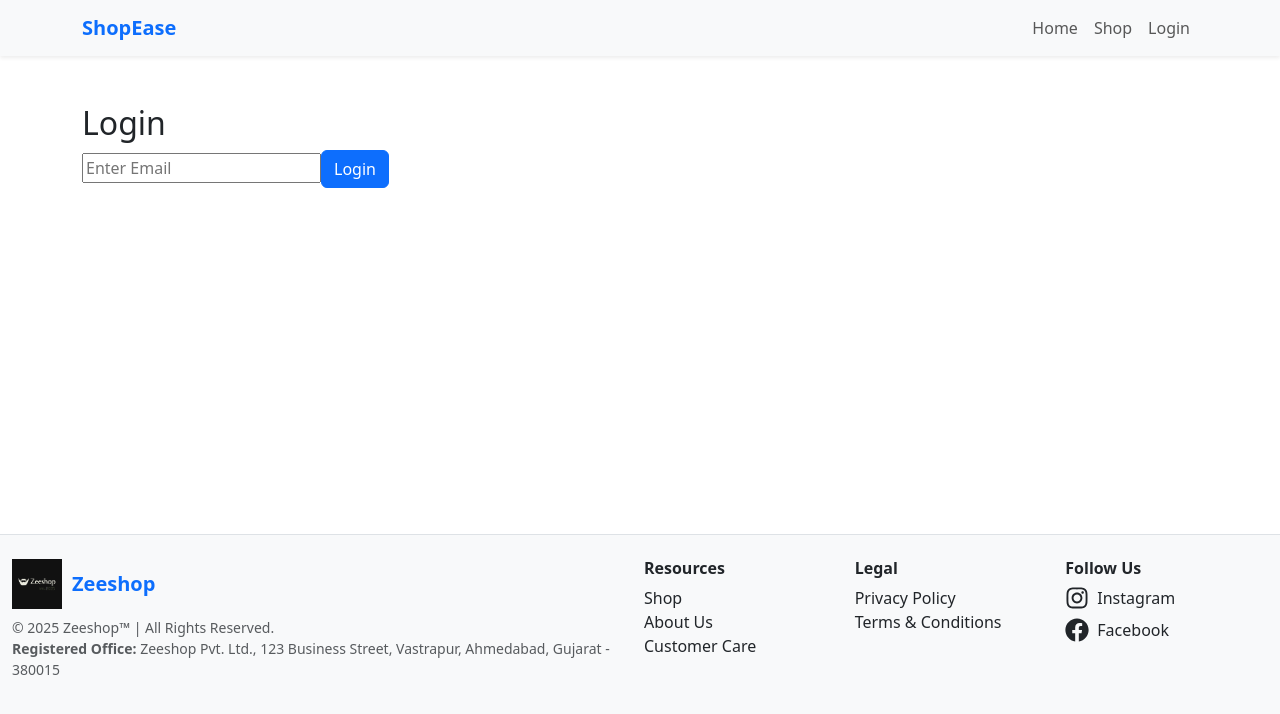
Repository: zeel2306/React-Projects
Page: /login (app in shop/)
These files come from the project's save history. The page is drawn as it stood at one moment and after the next save; the edit follows.
The browser window is 1280 px wide. The pictures show the whole page.
The project was rebuilt for these pictures with package versions that can differ from the ones it lists, and the page was loaded fresh each time. Also part of the build but not shown: shop/src/index.css, shop/src/Components/Slider.jsx, shop/src/Components/Product.jsx, shop/src/Components/About.jsx, shop/src/Components/Customercare.jsx, shop/src/Components/ProductDetail.jsx, shop/src/Components/PrivacyPolicy.jsx, shop/src/Components/TermsAndConditions.jsx and 6 more.

Above is the page before, as saved 2025-08-06 14:01:21.

### shop/src/App.js
// src/App.js
import Footer from './Components/Footer';
import Login from './Components/Login';
import Navbar from './Components/Navbar';
import Slider from './Components/Slider';
import Product from './Components/Product';
import About from './Components/About';
import CustomerCare from './Components/Customercare';
import ProductDetails from './Components/ProductDetail';
import PrivacyPolicy from './Components/PrivacyPolicy';
import TermsAndConditions from './Components/TermsAndConditions';
import StatsSection from "./Components/StatsSection";
import Testimonials from "./Components/Testimonials";
import Cart from './Components/Cart';
import WelcomePopup from "./Components/WelcomePopup";
import Features from './Components/Features';
import { AuthProvider } from './Components/AuthContext';
import { CartProvider } from './Components/CartContext';
import { BrowserRouter as Router, Routes, Route } from "react-router-dom";
import BrandSlider from './Components/BrandSlider';

function App() {
  return (
    <AuthProvider>
      <CartProvider>
        <Router>
          <div className="App d-flex flex-column min-vh-100">
            <Navbar />
            <main className="flex-grow-1 mb-4">
              <Routes>
                <Route
                  path="/"
                  element={
                    <>
                      <WelcomePopup />
                      <Slider />
                      <StatsSection />
                      <Product />
                      <Features />
                      <Testimonials />
                      <BrandSlider />
                    </>
                  }
                />
                <Route path="/shop" element={<Product />} />
                <Route path="/login" element={<Login />} />
                <Route path="/cart" element={<Cart />} />
                <Route path="/about" element={<About />} />
                <Route path="/customer-care" element={<CustomerCare />} />
                <Route path="/privacy" element={<PrivacyPolicy />} />
                <Route path="/product/:id" element={<ProductDetails />} />
                <Route path="/terms-and-conditions" element={<TermsAndConditions />} />
              </Routes>
            </main>
            <Footer />
          </div>
        </Router>
      </CartProvider>
    </AuthProvider>
  );
}

export default App;

### shop/src/Components/Footer.jsx
import React from "react";
import { Container, Row, Col } from "react-bootstrap";
import { FaFacebook, FaInstagram } from "react-icons/fa";

export default function AppFooter() {
  return (
    <footer className="bg-light text-dark py-4 border-top">
      <Container fluid>
        <Row className="align-items-start gx-2">
          {/* Brand + Address (Wider Column) */}
          <Col md={6} className="mb-3">
            <div className="d-flex align-items-center mb-2">
              <img
                src="/zeeshop-logo.png"
                alt="Zeeshop Logo"
                style={{ height: "50px", width: "50px", marginRight: "10px" }}
              />
              <h5 className="fw-bold text-primary m-0">Zeeshop</h5>
            </div>
            <p className="text-muted small m-0">
              © 2025 Zeeshop™ | All Rights Reserved.
            </p>
            <p className="text-muted small m-0">
              <strong>Registered Office:</strong> Zeeshop Pvt. Ltd., 123 Business Street, Vastrapur, Ahmedabad, Gujarat - 380015
            </p>
          </Col>

          {/* Resources */}
          <Col md={2} className="mb-3">
            <h6 className="fw-bold">Resources</h6>
            <ul className="list-unstyled m-0">
              <li><a href="/" className="text-dark text-decoration-none">Shop</a></li>
              <li><a href="/about" className="text-dark text-decoration-none">About Us</a></li>
              <li><a href="/customer-care" className="text-dark text-decoration-none">Customer Care</a></li>
            </ul>
          </Col>

          {/* Legal */}
          <Col md={2} className="mb-3">
            <h6 className="fw-bold">Legal</h6>
            <ul className="list-unstyled m-0">
              <li><a href="/privacy" className="text-dark text-decoration-none">Privacy Policy</a></li>
              <li><a href="/terms-and-conditions" className="text-dark text-decoration-none">Terms & Conditions</a></li>
            </ul>
          </Col>

          {/* Follow Us */}
          <Col md={2} className="mb-3">
            <h6 className="fw-bold">Follow Us</h6>
            <ul className="list-unstyled m-0">
              <li className="mb-2">
                <a href="https://instagram.com" className="text-dark text-decoration-none d-flex align-items-center">
                  <FaInstagram className="me-2 fs-4" /> <span>Instagram</span>
                </a>
              </li>
              <li>
                <a href="https://facebook.com" className="text-dark text-decoration-none d-flex align-items-center">
                  <FaFacebook className="me-2 fs-4" /> <span>Facebook</span>
                </a>
              </li>
            </ul>
          </Col>


        </Row>
      </Container>
    </footer>
  );
}

### shop/src/Components/Login.jsx
// src/Components/Login.jsx
import React, { useContext, useState } from "react";
import { AuthContext } from "./AuthContext";
import { useNavigate } from "react-router-dom";

export default function Login() {
  const { login } = useContext(AuthContext);
  const navigate = useNavigate();
  const [email, setEmail] = useState("");

  const handleLogin = (e) => {
    e.preventDefault();
    // Fake login — in real case, get this data from backend
    login({ name: "Zeel Patel", email });
    navigate("/"); // Redirect to home
  };

  return (
    <div className="container my-5">
      <h2>Login</h2>
      <form onSubmit={handleLogin}>
        <input
          type="email"
          placeholder="Enter Email"
          value={email}
          onChange={(e) => setEmail(e.target.value)}
          required
        />
        <button type="submit" className="btn btn-primary">Login</button>
      </form>
    </div>
  );
}

### shop/src/Components/Navbar.jsx
import React, { useContext } from "react";
import { Navbar, Nav, Container, NavDropdown } from "react-bootstrap";
import { AuthContext } from "./AuthContext";
import { Link } from "react-router-dom";

export default function AppNavbar() {
  const { isLoggedIn, user, logout } = useContext(AuthContext);

  return (
    <Navbar bg="light" expand="lg" className="shadow-sm">
      <Container>
        {/* Logo */}
        <Navbar.Brand as={Link} to="/" className="fw-bold text-primary">
          ShopEase
        </Navbar.Brand>

        {/* Toggle Button (for mobile) */}
        <Navbar.Toggle aria-controls="basic-navbar-nav" />

        <Navbar.Collapse id="basic-navbar-nav">
          <Nav className="ms-auto">
            {/* Always show Home & Shop */}
            <Nav.Link as={Link} to="/">Home</Nav.Link>
            <Nav.Link as={Link} to="/shop">Shop</Nav.Link>

            {/* If logged in → Show Welcome + Dropdown */}
            {isLoggedIn ? (
              <NavDropdown title={`Welcome, ${user?.name || "User"}`} id="user-dropdown">
                <NavDropdown.Item as={Link} to="/profile">My Profile</NavDropdown.Item>
                <NavDropdown.Item as={Link} to="/orders">My Orders</NavDropdown.Item>
                <NavDropdown.Divider />
                <NavDropdown.Item onClick={logout}>Logout</NavDropdown.Item>
              </NavDropdown>
            ) : (
              // If NOT logged in → Show Login
              <Nav.Link as={Link} to="/login">Login</Nav.Link>
            )}
          </Nav>
        </Navbar.Collapse>
      </Container>
    </Navbar>
  );
}

### shop/src/Components/AuthContext.jsx
// src/Components/AuthContext.jsx
import React, { createContext, useState } from "react";

export const AuthContext = createContext();

export const AuthProvider = ({ children }) => {
  const [isLoggedIn, setIsLoggedIn] = useState(false);
  const [user, setUser] = useState(null); // <-- Store user info

  const login = (userData) => {
    setIsLoggedIn(true);
    setUser(userData); // Example: { name: "Zeel", email: "zeel@example.com" }
  };

  const logout = () => {
    setIsLoggedIn(false);
    setUser(null);
  };

  return (
    <AuthContext.Provider value={{ isLoggedIn, user, login, logout }}>
      {children}
    </AuthContext.Provider>
  );
};

### shop/src/Components/CartContext.jsx
// src/Components/CartContext.jsx
import React, { createContext, useState, useEffect } from "react";

export const CartContext = createContext();

export function CartProvider({ children }) {
  // Initialize cart items from localStorage if available
  const [cartItems, setCartItems] = useState(() => {
    const savedItems = localStorage.getItem('cartItems');
    return savedItems ? JSON.parse(savedItems) : [];
  });

  // Save to localStorage whenever cart changes
  useEffect(() => {
    localStorage.setItem('cartItems', JSON.stringify(cartItems));
  }, [cartItems]);

  const addToCart = (product) => {
    setCartItems((prev) => {
      const exists = prev.find((item) => item.id === product.id);
      if (exists) {
        return prev.map((item) =>
          item.id === product.id ? { ...item, qty: (item.qty || 1) + 1 } : item
        );
      }
      return [...prev, { ...product, qty: 1 }];
    });
  };

  const removeFromCart = (id) => {
    setCartItems((prev) => prev.filter((item) => item.id !== id));
  };

  const updateQuantity = (id, quantity) => {
    setCartItems((prev) =>
      prev.map((item) =>
        item.id === id ? { ...item, qty: Math.max(1, quantity) } : item
      )
    );
  };

  const clearCart = () => {
    setCartItems([]);
  };

  return (
    <CartContext.Provider value={{
      cartItems,
      addToCart,
      removeFromCart,
      updateQuantity,
      clearCart
    }}>
      {children}
    </CartContext.Provider>
  );
}

Loaded but not shown: shop/public/index.html (common file); shop/src/index.js (common file); shop/src/reportWebVitals.js (common file)

After the next save:
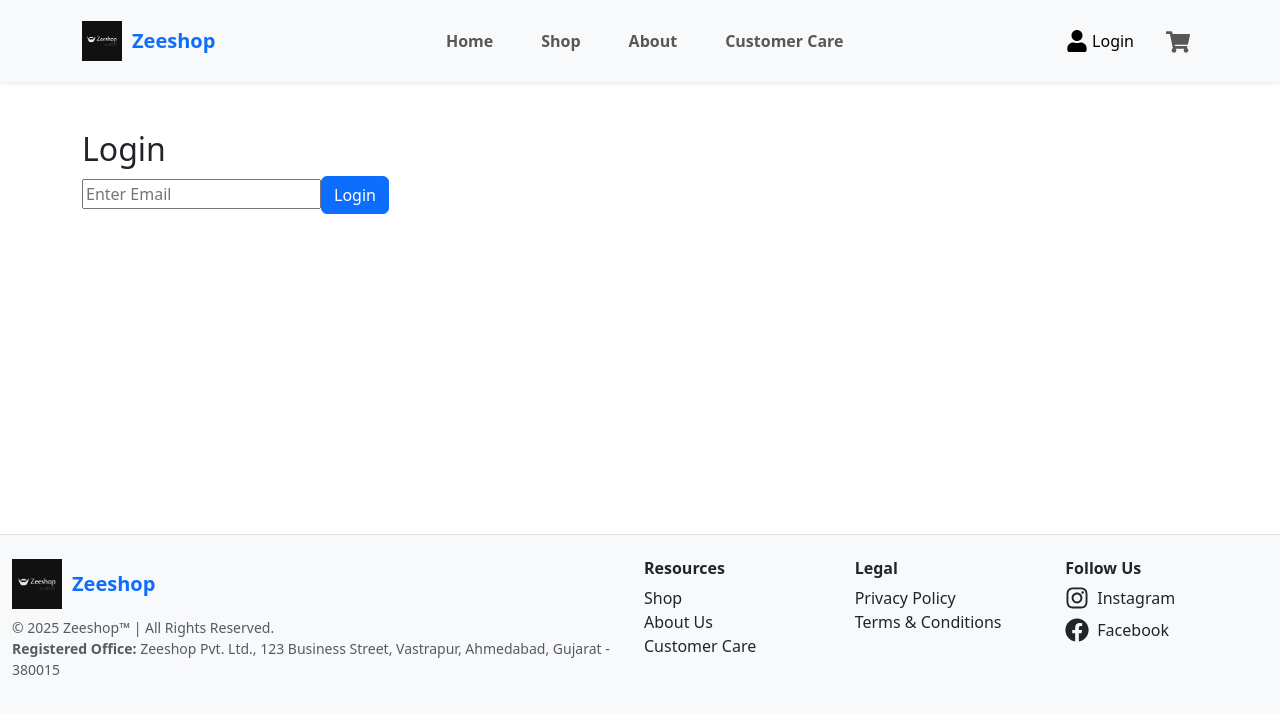
Saved 13 s later.
--- a/shop/src/Components/Navbar.jsx
+++ b/shop/src/Components/Navbar.jsx
@@ -1,41 +1,109 @@
 import React, { useContext } from "react";
-import { Navbar, Nav, Container, NavDropdown } from "react-bootstrap";
+import { Navbar, Nav, Container, Badge } from "react-bootstrap";
+import { FaShoppingCart, FaUser } from "react-icons/fa";
+import { Link, NavLink, useNavigate } from "react-router-dom";
+import { CartContext } from "./CartContext";
 import { AuthContext } from "./AuthContext";
-import { Link } from "react-router-dom";
 
 export default function AppNavbar() {
-  const { isLoggedIn, user, logout } = useContext(AuthContext);
+  const { cartItems } = useContext(CartContext);
+  const { isLoggedIn, logout } = useContext(AuthContext);
+  const navigate = useNavigate();
+
+  const handleLogout = () => {
+    logout();
+    navigate("/");
+  };
 
   return (
-    <Navbar bg="light" expand="lg" className="shadow-sm">
+    <Navbar bg="light" expand="lg" className="shadow-sm py-3">
       <Container>
-        {/* Logo */}
-        <Navbar.Brand as={Link} to="/" className="fw-bold text-primary">
-          ShopEase
+        {/* Logo (Left) */}
+        <Navbar.Brand
+          as={Link}
+          to="/"
+          className="fw-bold text-primary d-flex align-items-center"
+        >
+          <img
+            src="/zeeshop-logo.png"
+            alt="Zeeshop Logo"
+            style={{ height: "40px", width: "40px", marginRight: "10px" }}
+          />
+          Zeeshop
         </Navbar.Brand>
 
-        {/* Toggle Button (for mobile) */}
-        <Navbar.Toggle aria-controls="basic-navbar-nav" />
+        <Navbar.Toggle aria-controls="navbar-nav" />
+        <Navbar.Collapse id="navbar-nav">
+          <div className="d-flex justify-content-between w-100 align-items-center">
+            {/* Center: Nav Links */}
+            <Nav className="mx-auto">
+              <Nav.Link
+                as={NavLink}
+                to="/"
+                className="mx-3 fw-semibold"
+              >
+                Home
+              </Nav.Link>
+              <Nav.Link
+                as={NavLink}
+                to="/shop"
+                className="mx-3 fw-semibold"
+              >
+                Shop
+              </Nav.Link>
+              <Nav.Link
+                as={NavLink}
+                to="/about"
+                className="mx-3 fw-semibold"
+              >
+                About
+              </Nav.Link>
+              <Nav.Link
+                as={NavLink}
+                to="/customer-care"
+                className="mx-3 fw-semibold"
+              >
+                Customer Care
+              </Nav.Link>
+            </Nav>
 
-        <Navbar.Collapse id="basic-navbar-nav">
-          <Nav className="ms-auto">
-            {/* Always show Home & Shop */}
-            <Nav.Link as={Link} to="/">Home</Nav.Link>
-            <Nav.Link as={Link} to="/shop">Shop</Nav.Link>
+            {/* Right: Login & Cart */}
+            <Nav className="d-flex align-items-center">
+              {!isLoggedIn ? (
+                <Nav.Link
+                  as={NavLink}
+                  to="/login"
+                  className="me-3 d-flex align-items-center"
+                >
+                  <FaUser size={22} className="me-1" /> Login
+                </Nav.Link>
+              ) : (
+                <Nav.Link
+                  onClick={handleLogout}
+                  className="me-3 d-flex align-items-center"
+                >
+                  <FaUser size={22} className="me-1" /> Logout
+                </Nav.Link>
+              )}
 
-            {/* If logged in → Show Welcome + Dropdown */}
-            {isLoggedIn ? (
-              <NavDropdown title={`Welcome, ${user?.name || "User"}`} id="user-dropdown">
-                <NavDropdown.Item as={Link} to="/profile">My Profile</NavDropdown.Item>
-                <NavDropdown.Item as={Link} to="/orders">My Orders</NavDropdown.Item>
-                <NavDropdown.Divider />
-                <NavDropdown.Item onClick={logout}>Logout</NavDropdown.Item>
-              </NavDropdown>
-            ) : (
-              // If NOT logged in → Show Login
-              <Nav.Link as={Link} to="/login">Login</Nav.Link>
-            )}
-          </Nav>
+              <Nav.Link
+                as={NavLink}
+                to="/cart"
+                className="position-relative"
+              >
+                <FaShoppingCart size={24} />
+                {cartItems.length > 0 && (
+                  <Badge
+                    bg="danger"
+                    pill
+                    className="position-absolute top-0 start-100 translate-middle"
+                  >
+                    {cartItems.length}
+                  </Badge>
+                )}
+              </Nav.Link>
+            </Nav>
+          </div>
         </Navbar.Collapse>
       </Container>
     </Navbar>
